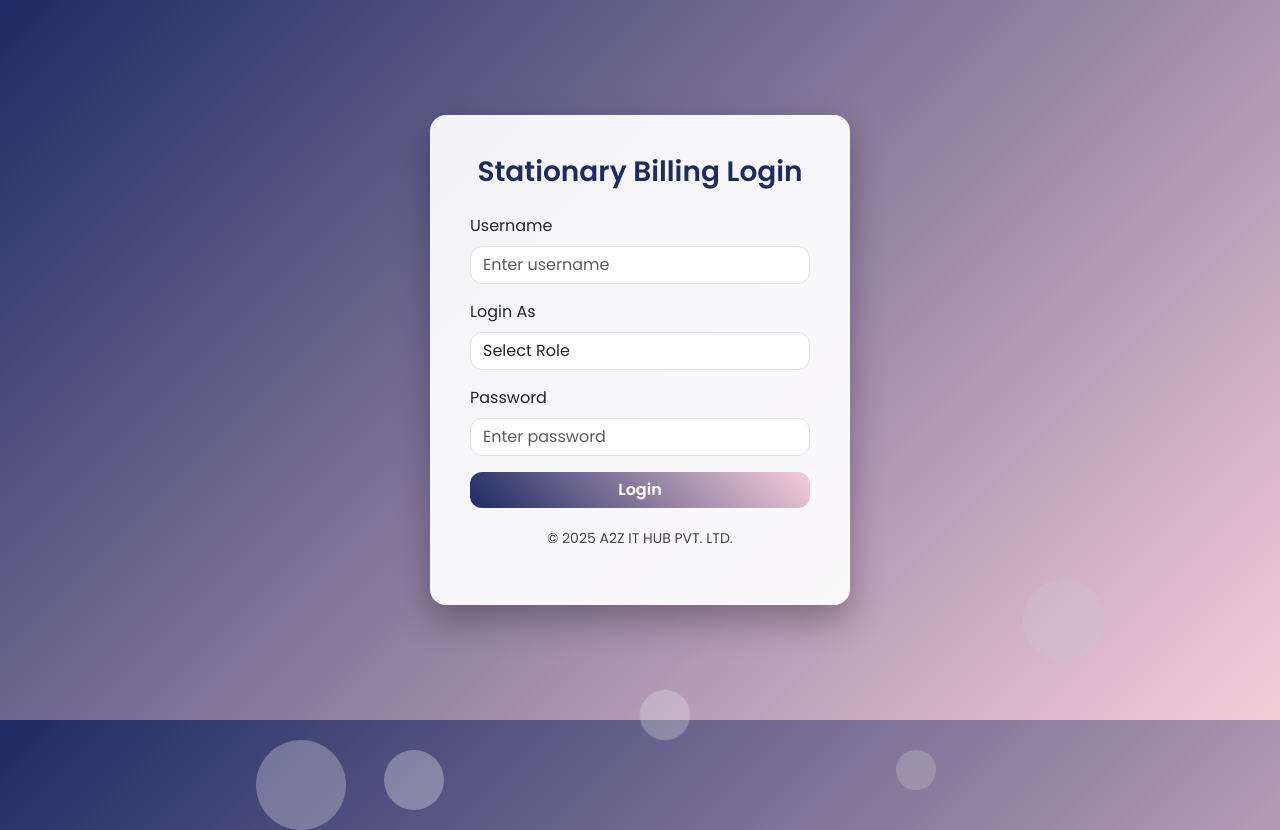
Repository: arjunmahale/my-workspace
Page: new_pr/src/main/webapp/index.html
These files come from the project's save history. The page is drawn as it stood at one moment and after the next save; the edit follows.
The browser window is 1280 px wide. The pictures show the whole page.

Above is the page before, as saved 2025-07-22 14:22:38.

### new_pr/src/main/webapp/index.html
<!DOCTYPE html>
<html lang="en">
<head>
  <meta charset="UTF-8">
  <meta name="viewport" content="width=device-width, initial-scale=1">
  <title>Stationary Billing - Login</title>
  <link href="https://cdn.jsdelivr.net/npm/bootstrap@5.3.0/dist/css/bootstrap.min.css" rel="stylesheet">
  <link href="https://fonts.googleapis.com/css2?family=Poppins:wght@400;600&display=swap" rel="stylesheet">
  <style>
    * {
      font-family: 'Poppins', sans-serif;
    }

    body {
      background: linear-gradient(135deg, #1d2b64, #f8cdda);
      min-height: 100vh;
      display: flex;
      justify-content: center;
      align-items: center;
      overflow: hidden;
      position: relative;
    }

    .bubble {
      position: absolute;
      border-radius: 50%;
      opacity: 0.3;
      animation: float 20s linear infinite;
    }

    .bubble:nth-child(1) {
      width: 100px;
      height: 100px;
      background: #fff;
      left: 10%;
      bottom: -100px;
      animation-delay: 0s;
    }

    .bubble:nth-child(2) {
      width: 80px;
      height: 80px;
      background: #ccc;
      left: 80%;
      bottom: -120px;
      animation-delay: 2s;
    }

    .bubble:nth-child(3) {
      width: 50px;
      height: 50px;
      background: #eee;
      left: 50%;
      bottom: -80px;
      animation-delay: 4s;
    }

    .bubble:nth-child(4) {
      width: 60px;
      height: 60px;
      background: #fff;
      left: 30%;
      bottom: -90px;
      animation-delay: 6s;
    }

    .bubble:nth-child(5) {
      width: 40px;
      height: 40px;
      background: #ccc;
      left: 70%;
      bottom: -70px;
      animation-delay: 8s;
    }

    .bubble:nth-child(6) {
      width: 90px;
      height: 90px;
      background: #eee;
      left: 20%;
      bottom: -110px;
      animation-delay: 10s;
    }

    @keyframes float {
      0% {
        transform: translateY(0) scale(1);
        opacity: 0.3;
      }
      100% {
        transform: translateY(-1200px) scale(1.2);
        opacity: 0;
      }
    }

    .login-box {
      background: #ffffffee;
      padding: 40px;
      border-radius: 16px;
      box-shadow: 0 15px 35px rgba(0, 0, 0, 0.3);
      width: 100%;
      max-width: 420px;
      z-index: 2;
      animation: slideIn 1s ease forwards;
      transform: translateY(100px);
      opacity: 0;
    }

    @keyframes slideIn {
      to {
        transform: translateY(0);
        opacity: 1;
      }
    }

    .login-title {
      text-align: center;
      margin-bottom: 25px;
      font-weight: 600;
      font-size: 28px;
      color: #1d2b64;
      animation: fadeIn 2s ease forwards;
    }

    @keyframes fadeIn {
      0% {
        opacity: 0;
        transform: translateY(-20px);
      }
      100% {
        opacity: 1;
        transform: translateY(0);
      }
    }

    .form-control {
      border-radius: 12px;
      transition: all 0.3s ease;
    }

    .form-control:focus {
      border-color: #f8cdda;
      box-shadow: 0 0 0 0.2rem rgba(248, 205, 218, 0.5);
    }

    .btn-primary {
      border-radius: 12px;
      background: linear-gradient(45deg, #1d2b64, #f8cdda);
      border: none;
      font-weight: 600;
      transition: all 0.3s ease;
    }

    .btn-primary:hover {
      background: linear-gradient(45deg, #f8cdda, #1d2b64);
      transform: scale(1.05);
    }

    .footer-text {
      text-align: center;
      margin-top: 20px;
      font-size: 14px;
      color: #444;
      animation: fadeIn 3s ease;
    }
  </style>
</head>
<body>
<script>
    window.onload = function () {
        const urlParams = new URLSearchParams(window.location.search);
        if (urlParams.get('error') === '1') {
            alert('Invalid credentials or role.');
        }
    };
</script>

  <div class="bubble"></div>
  <div class="bubble"></div>
  <div class="bubble"></div>
  <div class="bubble"></div>
  <div class="bubble"></div>
  <div class="bubble"></div>

  <div class="login-box">
    <h2 class="login-title">Stationary Billing Login</h2>
    <form action="LoginServlet" method="post">
      <div class="mb-3">
        <label for="username" class="form-label">Username</label>
        <input type="text" class="form-control" id="username" name="username" required placeholder="Enter username">
      </div>
      <div class="mb-3">
        <label for="role" class="form-label">Login As</label>
        <select class="form-control" id="role" name="role" required>
          <option value="">Select Role</option>
          <option value="master">Master Admin</option>
          <option value="shop">Shop Admin</option>
          <option value="cashier">Cashier</option>
          <option value="stock">Stock Manager</option>
        </select>
      </div>
      <div class="mb-3">
        <label for="password" class="form-label">Password</label>
        <input type="password" class="form-control" id="password" name="password" required placeholder="Enter password">
      </div>
      <button type="submit" class="btn btn-primary w-100">Login</button>
    </form>
    <p class="footer-text">© 2025 A2Z IT HUB PVT. LTD.</p>
  </div>
</body>
</html>

After the next save:
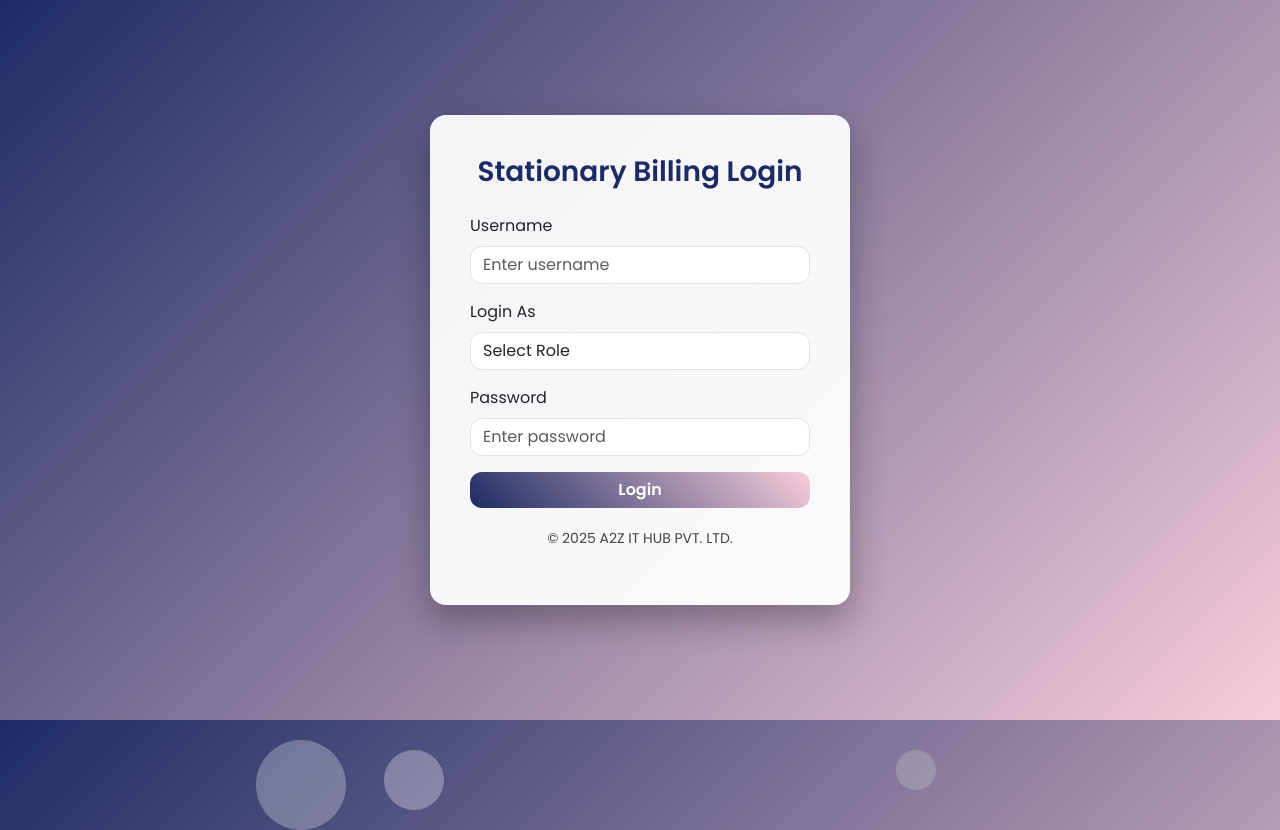
Saved 108 s later.
--- a/new_pr/src/main/webapp/index.html
+++ b/new_pr/src/main/webapp/index.html
@@ -166,13 +166,43 @@
   </style>
 </head>
 <body>
+<style>
+  .alert-toast {
+    position: fixed;
+    top: 20px;
+    right: -350px;
+    background-color: #f44336;
+    color: white;
+    padding: 16px 24px;
+    border-radius: 8px;
+    box-shadow: 0 4px 12px rgba(0,0,0,0.2);
+    font-family: 'Segoe UI', sans-serif;
+    font-size: 16px;
+    z-index: 9999;
+    opacity: 0;
+    transition: all 0.7s ease;
+  }
+
+  .alert-toast.show {
+    right: 20px;
+    opacity: 1;
+  }
+</style>
+
+<div id="alertToast" class="alert-toast">Invalid credentials or role.</div>
+
 <script>
-    window.onload = function () {
-        const urlParams = new URLSearchParams(window.location.search);
-        if (urlParams.get('error') === '1') {
-            alert('Invalid credentials or role.');
-        }
-    };
+  window.onload = function () {
+    const urlParams = new URLSearchParams(window.location.search);
+    if (urlParams.get('error') === '1') {
+      const toast = document.getElementById('alertToast');
+      toast.classList.add('show');
+
+      setTimeout(() => {
+        toast.classList.remove('show');
+      }, 4000); // auto-hide after 4 seconds
+    }
+  };
 </script>
 
   <div class="bubble"></div>
